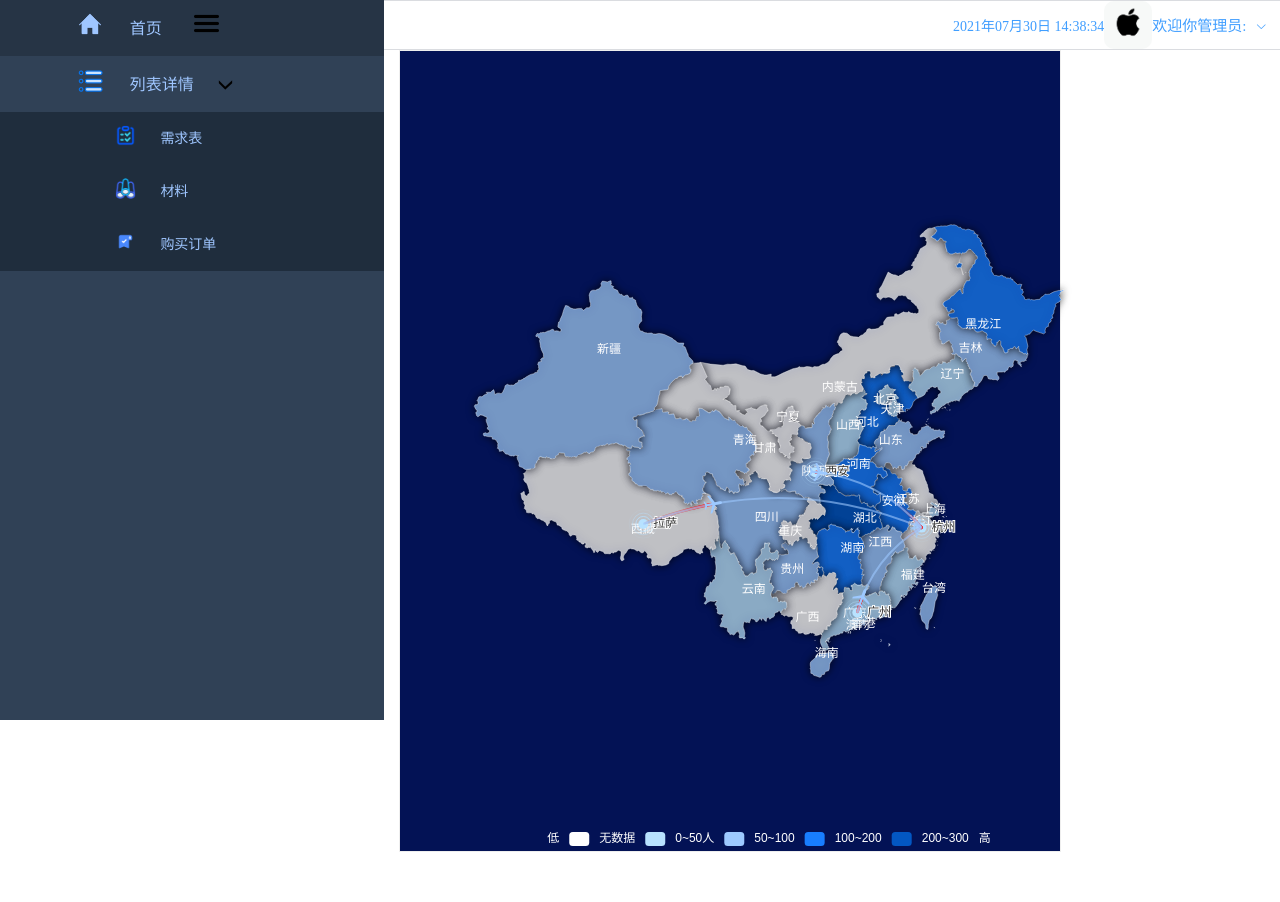
Repository: 572031690/fwwb-proj
Page: /#/home
These files come from the project's save history. The page is drawn as it stood at one moment and after the next save; the edit follows.
The browser window is 1280 px wide. The pictures show the whole page.
The project was rebuilt for these pictures with package versions that can differ from the ones it lists, and the page was loaded fresh each time. Also part of the build but not shown: vue.config.js, src/unusercom/EditData.vue, src/components/Adddata.vue, src/view/home/User.vue, src/components/Drawer.vue, src/view/home/Body.vue, src/view/home/Item.vue, src/view/home/Buy.vue and 3 more.

Above is the page before, as saved 2021-08-13 14:04:39.

### public/index.html
<!DOCTYPE html>
<html lang="">
  <head>
    <meta charset="utf-8">
    <meta http-equiv="X-UA-Compatible" content="IE=edge">
    <meta name="viewport" content="width=device-width,initial-scale=1.0">
    <link rel="icon" href="<%= BASE_URL %>favicon.ico">
    <title><%= htmlWebpackPlugin.options.title %></title>
    <!-- 配置jquery -->
    <!-- <script src="http://ajax.googleapis.com/ajax/libs/jquery/1.8.0/jquery.min.js"></script> -->
     <!-- 百度的适口 -->
     <meta name="viewport" content="width=device-width,minimum-scale=1.0,maximum-scale=1.0,user-scalable=no">
     <!-- 搜索框 -->
     <meta http-equiv="X-UA-Compatible" content="IE=edge">
    <meta name="viewport" content="width=device-width, initial-scale=1.0">
    <link href="http://cdn.bootcss.com/font-awesome/4.7.0/css/font-awesome.min.css" rel="stylesheet">
  </head>
  <body>
    <noscript>
      <strong>We're sorry but <%= htmlWebpackPlugin.options.title %> doesn't work properly without JavaScript enabled. Please enable it to continue.</strong>
    </noscript>
    <div id="app"></div>
    <!-- built files will be auto injected -->
  </body>
</html>

### src/App.vue
<template>
  <div id="app" >
	  		<!-- <v-login></v-login> -->
			<router-view ></router-view>
	</div>
</template>

<script>

export default {
  data () {
    	return {

    	}
  	},
  	methods: {

  	},
  components: {
  },
  mounted () {
    this.$router.push({ path: 'login' }) // 页面跳转
  }
}

</script>

<style>

</style>

### src/assets/CSS/basic.css
a {
        text-decoration: none;
}

* {
        padding: 0;
        margin: 0;
}

html, body {
        height: 100%;
}

### src/view/Home.vue
<template>
  <div id="Home" ref="gobacklogin">
    <div :class="{ leftNavigation: navshow, leftNavigationChange: !navshow }">
      <div v-for="item in routerList" v-show="item.showtab">
        <div @click="judgeType(item)" class="navhome">
          <img :src="item.imgSrc" class="navhome-img" />
          <span class="spans1" :ref="item.ref">{{ item.label }}</span>
          <img
            v-if="item.type === 'tips'"
            :src="item.imgtips"
            class="arrow"
            ref="arrow"
          />
        </div>
        <!-- 子列表 -->
        <div
          class="navhome-box"
          ref="navhomebox"
          v-if="item.childrenList.length"
          v-show="item.showtab"
        >
          <transition name="navhom">
            <div class="navhome-son" v-show="navSonShow">
              <div
                @click="goToRouter(item)"
                v-for="(item, index) in item.childrenList"
              >
                <div class="namehome-son1">
                  <img :src="item.imgSrc" class="navson-img" />
                  <span :ref="item.ref">{{ item.label }}</span>
                </div>
              </div>
            </div>
          </transition>
        </div>
      </div>
    </div>

    <div
      :class="{ rightNavigation: navshow, rightNavigations: !navshow }"
      ref="right1"
    >
      <div class="rightnav-top">
        <div class="rightnav-topimg">
          <img
            src="../assets/img/heng.png"
            class="rightnav-topimghome"
            ref="rightnavtopimghome"
            @click="changehomeimg()"
          />
        </div>

        <span>首页</span>

        <div class="topright">
          <span class="top-time">{{ nowTime }}</span>
          <!-- 苹果图标 -->
          <img src="../assets/img/timg.jpg" class="timg" />
          <!-- 退出下拉框 -->
          <el-dropdown @command="gobacklogin" class="elsign-out">
            <span class="el-dropdown-link">
              欢迎你管理员: <span class="adminname">{{ adminname }} </span
              ><i class="el-icon-arrow-down el-icon--right"></i>
            </span>
            <el-dropdown-menu slot="dropdown">
              <el-dropdown-item command="a">退出登陆</el-dropdown-item>
            </el-dropdown-menu>
          </el-dropdown>
        </div>
      </div>

      <router-view></router-view>
    </div>
  </div>
</template>

<script>
// 引入jquery
// import $ from 'jquery'
// 引入搜索框
import EditData from "../unusercom/EditData.vue";
import { routerList } from "../assets/data/homeRouter";
export default {
  data() {
    return {
      nowTime: "",
      thistime: "",
      key: 90,
      arrowflag: true,
      imghomeflag: true,
      adminname: "",
      departmentID: "",
      navshow: true,
      navSonShow: true,
      lastTime: 0, // 默认上一次点击时间为0
      admin: true,
      routerChioce: 1,
      routerList
    };
  },
  methods: {
    // 旋转子列箭头
    changearrow() {
      this.navSonShow = !this.navSonShow;
      if (this.arrowflag) {
        this.$refs.arrow[0].style.transform = "rotate(270deg)";
        this.arrowflag = !this.arrowflag;
      } else {
        this.$refs.arrow[0].style.transform = "rotate(90deg)";
        this.arrowflag = !this.arrowflag;
      }
    },
    // 右边栏三条杠点击事件
    changehomeimg() {
      // 动画class绑定
      this.navshow = !this.navshow;
      let status = "none";
      let rotate = "rotate(90deg)";
      let times = 0;
      // 首页旁边三条杠图标旋转和文字消失
      if (this.imghomeflag) {
        status = "none";
        rotate = "rotate(90deg)";
        times = 0;
      } else {
        status = "block";
        rotate = "rotate(0deg)";
        times = 700;
      }
      this.$refs.rightnavtopimghome.style.transform = rotate;
      this.imghomeflag = !this.imghomeflag;
      const me = this;
      setTimeout(function() {
        me.routerList.forEach(item => {
          me.$refs[item.ref][0].style.display = status;
          if (item.childrenList.length) {
            item.childrenList.forEach(val => {
              me.$refs[val.ref][0].style.display = status;
            });
          }
        });
        me.$refs.arrow[0].style.display = status;
      }, times);
    },
    // 开始动画文字出现延迟
    changehomeimgCreate() {
      this.changehomeimg();
      this.changehomeimg();
    },

    // 退出登陆方法
    gobacklogin(command) {
      this.$confirm("是否退出登陆", "提示", {
        confirmButtonText: "确定",
        cancelButtonText: "取消",
        type: "warning"
      }).then(() => {
        sessionStorage.clear(); // 删除所有数据
        this.$router.push({ name: "login" }); // 直接跳转
        this.$message({
          type: "success",
          message: "退出登陆成功!"
        });
      });
    },
    // 显示当前时间（年月日时分秒）
    timeFormate(timeStamp) {
      const year = new Date(timeStamp).getFullYear();
      const month =
        new Date(timeStamp).getMonth() + 1 < 10
          ? "0" + (new Date(timeStamp).getMonth() + 1)
          : new Date(timeStamp).getMonth() + 1;
      const date =
        new Date(timeStamp).getDate() < 10
          ? "0" + new Date(timeStamp).getDate()
          : new Date(timeStamp).getDate();
      const hh =
        new Date(timeStamp).getHours() < 10
          ? "0" + new Date(timeStamp).getHours()
          : new Date(timeStamp).getHours();
      const mm =
        new Date(timeStamp).getMinutes() < 10
          ? "0" + new Date(timeStamp).getMinutes()
          : new Date(timeStamp).getMinutes();
      const ss =
        new Date(timeStamp).getSeconds() < 10
          ? "0" + new Date(timeStamp).getSeconds()
          : new Date(timeStamp).getSeconds();
      this.nowTime =
        year +
        "年" +
        month +
        "月" +
        date +
        "日" +
        " " +
        hh +
        ":" +
        mm +
        ":" +
        ss;
      // console.log(this.nowTime)
    },
    nowTimes() {
      const that = this;
      this.thistime = setInterval(function() {
        that.timeFormate(new Date());
      }, 1000);
    },
    clearTime() {
      clearInterval(this.thistime);
    },
    getAdminType() {
      if (this.departmentID === "10000") {
        this.routerList[2].showtab = true;
        this.routerList[3].showtab = true;
      } else {
        this.routerList[2].showtab = false;
        this.routerList[3].showtab = false;
      }
    },
    judgeType(val) {
      if (val.type === "tips") this.changearrow();
      if (val.type === "router") this.goToRouter(val);
    },
    goToRouter(val) {
      if (!val.disabled) {
        this.$router.push({ path: val.path });
      } // 页面跳转
    }
  },
  components: {
    // 'v-body':Body
    "v-editdata": EditData
  },
  mounted() {
    this.nowTimes();
    this.changehomeimgCreate();
    // 实现左边子栏的缓慢消失
    // $(document).ready(function(){
    // $("#listlep").click(function(){
    //     $(".navhome-son").slideToggle(500);
    //   });
    // });

    // //实现左边nav栏的缩小
    // $(document).ready(function(){
    // $('.rightnav-topimghome').click(function(){
    //     if($('.right-navigation').css("margin-left")=="180px"){
    //         $('.right-navigation').animate({
    //         'margin-left':'50px'
    //     },700);
    // }else{
    // $('.right-navigation').animate({
    //     'margin-left':'180px'
    //     },700);
    // }
    // });
    // });

    // $(document).ready(function(){
    // $('.rightnav-topimghome').click(function(){
    //     if($('.left-navigation').css("width")!="50px"){
    //         $('.left-navigation').animate({
    //         width:'50px'
    //     },700);
    // }else{
    // $('.left-navigation').animate({
    //     width:'180px'
    //     },700);
    // }
    // });
    // });

    this.adminname = window.sessionStorage.getItem("storeData"); // 获取浏览器缓存值
    this.departmentID = window.sessionStorage.getItem("sData");
    this.getAdminType();
  },
  beforeDestroy() {
    this.clearTime();
  }
};
</script>
<style scoped>
#Home {
  height: 100%;
  width: 100%;
  background-color: white;
  display: flex;
  flex-direction: row;
}

.leftNavigation {
  position: fixed;
  display: inline-block;
  width: 30%;
  background-color: #304156;
  height: 100vh; /*占满一个屏幕的高度 */
  animation: navlong 0.7s;
}
.leftNavigationChange {
  position: fixed;
  width: 50px;
  background-color: #304156;
  height: 100vh; /*占满一个屏幕的高度 */
  animation: navshort 0.7s;
}

@keyframes navlong {
  0% {
    width: 50px;
  }
  100% {
    width: 30%;
  }
}

@keyframes navshort {
  0% {
    width: 180px;
  }
  100% {
    width: 50px;
  }
}
.leftNavigation a {
  text-decoration: none;
}

.navhome {
  display: flex;
  flex-direction: row; /*水平排布*/
  height: 34px;
  width: 100%;
  background-color: #304156;
  padding: 11px 0;
  transition: all 0.5s;
}
.navhome:hover {
  background-color: #263445;
  cursor: pointer;
}
.navhome-img {
  /* -webkit-transform:rotate(90deg); */
  height: 26px;
  margin: 0 7%;
  margin-left: 20%;
  vertical-align: middle;
  color: #409eff;
}
.navhome span {
  vertical-align: middle;
  font-size: 16px;
  color: #9fc6ff;
  margin-top: 4px;
}
.arrow {
  margin-top: 5px;
  margin-left: 5%;
  height: 25px;
  vertical-align: middle;
  transition: all 0.5s;
  transform: rotate(90deg);
}

.navhom-enter-active,
.navhom-leave-active {
  transition: all 0.5s;
}
.navhom-enter,
.navhom-leave-to {
  height: 0;
}
.navhom-enter-to,
.navhom-leave {
  height: 159px;
}
.navhome-son {
  cursor: pointer;
  background-color: #1f2d3d;
  overflow: hidden;
}
.namehome-son1 {
  display: flex;
  flex-direction: row; /*水平排布*/
  transition: all 1.5s;
  width: 100%;
  height: 47px;
  padding: 3px 0;
}
.namehome-son1:hover {
  background-color: #001121;
}
.navson-img {
  height: 21px;
  margin: 10px 5px;
  margin-left: 30%;
  vertical-align: middle;
  color: #409eff;
}
.navhome-son span {
  vertical-align: middle;
  font-size: 14px;
  margin-top: 12px;
  color: #9fc6ff;
  margin-left: 5%;
}
.rightNavigation {
  display: inline-block;
  width: 100%;
  margin-left: 180px;
  animation: rightNavlong 0.7s;
}
.rightNavigations {
  display: inline-block;
  width: 100%; /**/
  margin-left: 50px;
  animation: rightNavshort 0.7s;
}
@keyframes rightNavlong {
  0% {
    margin-left: 50px;
  }
  100% {
    margin-left: 180px;
  }
}
@keyframes rightNavshort {
  0% {
    margin-left: 180px;
  }
  100% {
    margin-left: 50px;
  }
}
.rightnav-top {
  width: 100%;
  height: 48px;
  display: flex;
  flex-direction: row;
  border-bottom: 1px solid #dadce0;
  border-top: 1px solid #dadce0;
}
.rightnav-topimg {
  padding: 0 14px;
  height: 50px;
}
.rightnav-topimghome {
  cursor: pointer;
  margin-top: 10px;
  height: 25px;
  transition: all 0.4s;
}
.rightnav-top span {
  padding-top: 12px;
  /* margin-left: 10px; */
}
.top-time {
  color: #409eff;
  font-size: 14px;
  margin-top: 2px;
}
.topright {
  float: right;
  right: 1%;
  position: absolute;
  display: flex;
}
.timg {
  height: 48px;
  cursor: pointer;
  border-radius: 10px;
}
.weltop {
  font-size: 14px;
}
#eldown {
  margin-top: 1px;
  font-size: 20px;
}
.elsign-out {
  padding-top: 13px;
}
.el-dropdown-link {
  cursor: pointer;
  color: #409eff;
  font-size: 15px;
}
.el-icon-arrow-down {
  font-size: 12px;
}
.adminname {
  color: black;
  font-size: 15px;
}
</style>

### src/view/home/HomeWel.vue
<template>
  <div class="welbody">
    <!-- <div class="welcomehome" ref="welcomehome">
                欢迎管理员回来！
        </div> -->
    <div ref="map_ref" class="bodymap"></div>
  </div>
</template>
<script>
export default {
  data() {
    return {
      mapData: {}, // 所获取的省份地图矢量数据缓存
      chartInstance: null
    };
  },
  mounted() {
    this.getMap();
  },
  methods: {
    async getMap() {
      var airData = [
        { name: "北京", value: 39.92, count: 35 },
        { name: "天津", value: 39.13, count: 35 },
        { name: "上海", value: 31.22, count: 35 },
        { name: "重庆", value: 0, count: 35 },
        { name: "河北", value: 147, count: 35 },
        { name: "河南", value: 113, count: 35 },
        { name: "云南", value: 25.04, count: 35 },
        { name: "辽宁", value: 50, count: 35 },
        { name: "黑龙江", value: 114, count: 35 },
        { name: "湖南", value: 175, count: 35 },
        { name: "安徽", value: 117, count: 35 },
        { name: "山东", value: 92, count: 35 },
        { name: "新疆", value: 84, count: 35 },
        { name: "江苏", value: 0, count: 35 },
        { name: "浙江", value: 0, count: 35 },
        { name: "江西", value: 96, count: 35 },
        { name: "湖北", value: 273, count: 35 },
        { name: "广西", value: 0, count: 35 },
        { name: "甘肃", value: 0, count: 35 },
        { name: "山西", value: 39, count: 35 },
        { name: "内蒙古", value: 0, count: 35 },
        { name: "陕西", value: 61, count: 35 },
        { name: "吉林", value: 51, count: 35 },
        { name: "福建", value: 29, count: 35 },
        { name: "贵州", value: 71, count: 35 },
        { name: "广东", value: 38, count: 35 },
        { name: "青海", value: 57, count: 35 },
        { name: "西藏", value: 0, count: 35 },
        { name: "四川", value: 58, count: 35 },
        { name: "宁夏", value: 0, count: 35 },
        { name: "海南", value: 54, count: 35 },
        { name: "台湾", value: 88, count: 35 },
        { name: "香港", value: 66, count: 35 },
        { name: "澳门", value: 77, count: 35 },
        { name: "南海诸岛", value: 0, count: 35 }
      ];
      var labelFormatter = [
        { name: "杭州", matter: "公司总部：杭州钢材科技公司" },
        { name: "拉萨", matter: "钢材公司1" },
        { name: "广州", matter: "钢材公司2" },
        { name: "西安", matter: "钢材公司3" }
      ];

      var lineSc = [
        {
          coords: [
            [91.1865, 30.1465],
            [120.213042, 29.86119]
          ],
          fromName: "拉萨",
          toName: "杭州",
          value: 100
        },
        {
          coords: [
            [113.5107, 23.2196],
            [120.213042, 29.86119]
          ],
          fromName: "广州",
          toName: "杭州",
          value: 100
        },
        {
          coords: [
            [109.1162, 34.2004],
            [120.213042, 29.86119]
          ],
          fromName: "西安",
          toName: "杭州",
          value: 100
        }
      ];
      var planePath =
        "path://M1705.06,1318.313v-89.254l-319.9-221.799l0.073-208.063c0.521-84.662-26.629-121.796-63.961-121.491c-37.332-0.305-64.482,36.829-63.961,121.491l0.073,208.063l-319.9,221.799v89.254l330.343-157.288l12.238,241.308l-134.449,92.931l0.531,42.034l175.125-42.917l175.125,42.917l0.531-42.034l-134.449-92.931l12.238-241.308L1705.06,1318.313z";
      // 基于准备好的dom，初始化echarts实例
      this.chartInstance = this.$echarts.init(this.$refs.map_ref, this.theme);
      const ret = await this.$ajax.get(
        "http://localhost:8080/static/map/china.json"
      ); // 获得地图数据
      this.$echarts.registerMap("chinaMap", ret.data); // 注册map数据
      // 绘制图表
      const setOption = {
        tooltip: {
          // 鼠标一上去的信息框
          trigger: "item"
        },
        geo: {
          type: "map",
          map: "chinaMap", // chinaMap需要和registerMap中的第一个参数保持一致
          roam: true, // 设置允许缩放以及拖动的效果
          label: {
            show: true, // 展示标签
            textStyle: {
              fontSize: 12,
              textWeight: 900,
              color: "white"
            }
          },
          itemStyle: {
            normal: {
              areaColor: "#416cbb", // 地图区域的颜色。
              borderColor: "#fff", // 图形的描边颜色。支持的颜色格式同 color，不支持回调函数。
              shadowColor: "black", // 阴影颜色。#41587f
              shadowBlur: 8, // 图形阴影的模糊大小。
              opacity: 0.75 // 图形透明度
            },
            emphasis: {
              areaColor: "#fdd145"
            }
          }
        },
        series: [
          {
            // 地图数据
            data: airData,
            geoIndex: 0, // 将空气质量的数据和第0个geo配置关联在一起
            type: "map",
            tooltip: {
              textStyle: {
                fontSize: 10
              },
              // 利用formatter来自定义tooltip展示的数据
              formatter: function(params, ticket, callback) {
                if (params.value) {
                  return (
                    params.name +
                    "<br/>成交量：" +
                    params.value +
                    "单<br/>" +
                    "平均标签价格：" +
                    airData[params.dataIndex].count +
                    "元<br/>"
                  );
                } else {
                  callback();
                }
              }
            }
          },
          {
            // 动态红线
            name: " 杭州 Top3",
            type: "lines",
            zlevel: 1, // zlevel 大的 Canvas 会放在 zlevel 小的 Canvas 的上面。
            effect: {
              show: true,
              period: 4, // 动画的快慢
              trailLength: 0.7, // 红线的宽度
              color: "red", // arrow箭头的颜色
              symbolSize: 3 // 红线的宽度
            },
            lineStyle: {
              width: 0,
              curveness: 0.2 // 弯曲度
            },
            data: lineSc
          },
          {
            // 箭头线
            name: " 杭州 Top3",
            type: "lines",
            zlevel: 2,
            symbol: ["none", "arrow"],
            symbolSize: 10, // 设置箭头的大小
            effect: {
              show: true,
              period: 4,
              trailLength: 0, // 红线的宽度 设置为零只显示飞机
              symbol: planePath,
              symbolSize: 18
            },
            lineStyle: {
              normal: {
                width: 2,
                opacity: 0.6,
                curveness: 0.2
              }
            },
            data: lineSc,
            tooltip: {
              // 利用formatter来自定义tooltip展示的数据
              formatter: function(params, ticket, callback) {
                console.log(params);
                return (
                  params.data.fromName +
                  "采购：<br/> 木材：" +
                  params.data.value +
                  "万吨"
                );
              }
            }
          },
          {
            // 散点数据
            name: "杭州",
            data: [
              [120.213042, 29.86119],
              [91.1865, 30.1465],
              [113.5107, 23.2196],
              [109.1162, 34.2004]
            ], // 配置散点的坐标数据
            type: "effectScatter",
            coordinateSystem: "geo", // 指明散点使用的坐标系统  geo的坐标系统
            rippleEffect: {
              scale: 3, // 设置涟漪动画的缩放比例
              brushType: "stroke"
            },
            label: {
              normal: {
                show: true,
                position: "right",
                formatter: function(params, ticket, callback) {
                  return labelFormatter[params.dataIndex].name;
                }
              }
            },
            tooltip: {
              textStyle: {
                fontSize: 10
              },
              // 利用formatter来自定义tooltip展示的数据
              formatter: function(params, ticket, callback) {
                return labelFormatter[params.dataIndex].matter;
              }
            }
          }
        ],
        visualMap: {
          // 渐变分层显示
          type: "piecewise", // 分层
          min: 0,
          max: 300,
          text: ["高", "低"], // 两端的文本，如 ['High', 'Low']
          showLabel: true, // 是否显示每项的文本标签
          orient: "horizontal", // 图例排列方向 水平horizontal 垂直vertical
          left: "center",
          textStyle: {
            // 设置文字颜色（Demo左下组件）
            color: "white",
            fontSize: 12
          },

          pieces: [
            // 自定义『分段式视觉映射组件（visualMapPiecewise）』的每一段的范围，以及每一段的文字，以及每一段的特别的样式
            { gt: 200, lte: 300, label: "200~300", color: "#0357C2" }, // (500, 900]
            { gt: 100, lte: 200, label: "100~200", color: "#187EFF" }, // (310, 500]
            { gt: 50, lte: 100, label: "50~100", color: "#9DC9FF" }, // (200, 300]
            { gt: 0, lte: 50, label: "0~50人", color: "#B8E2FF" }, // (10, 200]
            { value: 0, label: "无数据", color: "#fff" } // [0]
          ]
        }
      };
      this.chartInstance.setOption(setOption);

      // 跟随屏幕自适应
      window.addEventListener("resize", function() {
        this.chartInstance.resize(); // 如果设置了图表大小就会无法自适应
      });
    }
  }
};
</script>
<style scoped>
.welbody {
  height: 100%;
  width: 100%;
  display: flex;
  justify-content: center;
}
.bodymap {
  width: 60%;
  height: 800px;
  background-color: #031255;
  border: 1px solid #eee;
}
.welcomehome {
  line-height: 500px;
  text-align: center;
  font-size: 80px;
  color: #409eff;
}
</style>

### src/components/login.vue
<template lang="">
    <div>

    </div>
</template>
<script>
export default {
  data () {
    return {

    }
  },
  mounted () {
    this.$router.push({ path: 'homewel' }) // 页面跳转
  }
}
</script>

Loaded but not shown: src/plugins/element.js (common file); public/static/map/china.json (common file); src/router/index.js (63 lines, source omitted); src/assets/data/homeRouter.js (72 lines, source omitted); src/main.js (21 lines, source omitted); src/store/index.js (26 lines, source omitted); src/view/Login.vue (731 lines, source omitted)

After the next save:
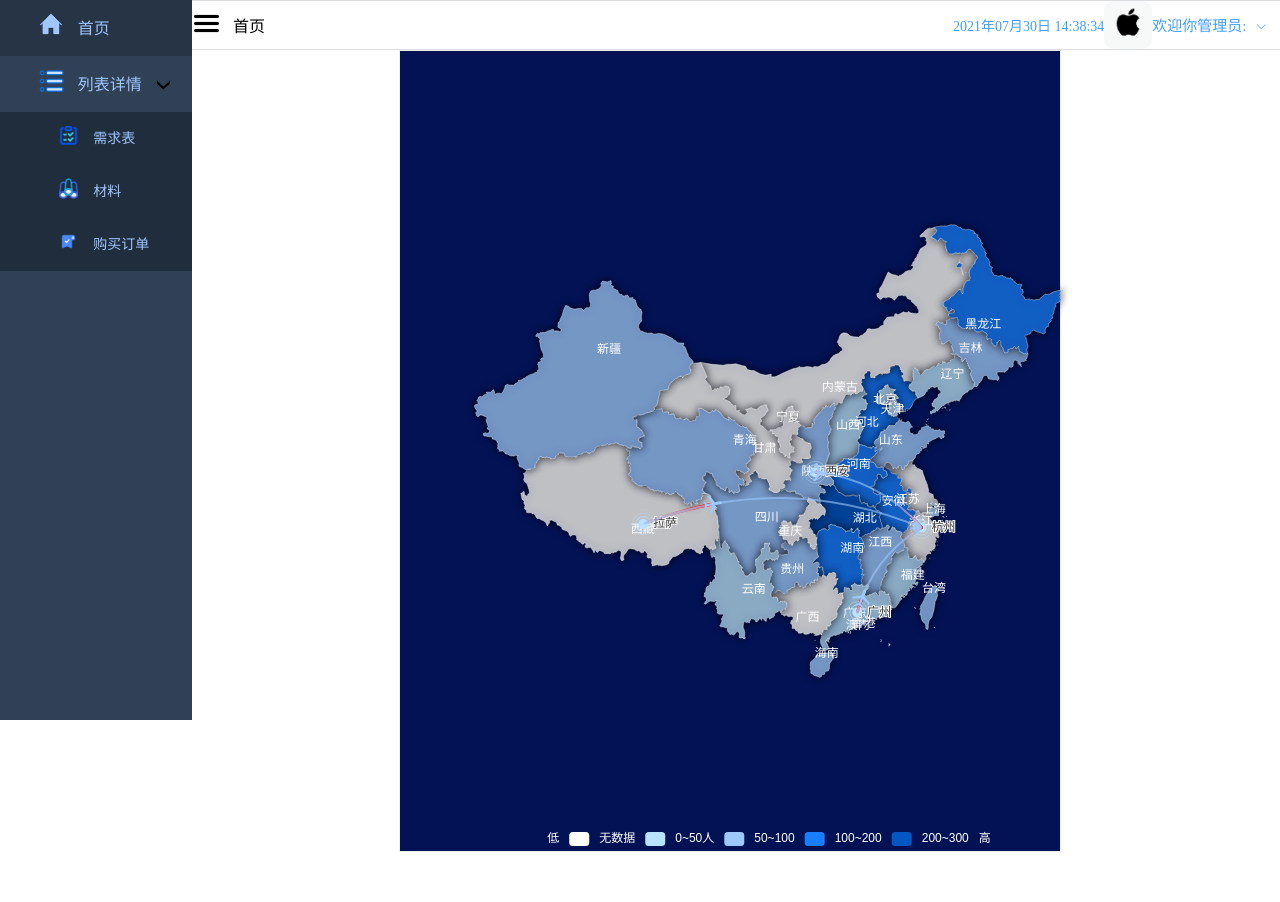
Saved 16 s later.
--- a/src/view/Home.vue
+++ b/src/view/Home.vue
@@ -293,7 +293,7 @@ export default {
 .leftNavigation {
   position: fixed;
   display: inline-block;
-  width: 30%;
+  width: 15%;
   background-color: #304156;
   height: 100vh; /*占满一个屏幕的高度 */
   animation: navlong 0.7s;
@@ -311,7 +311,7 @@ export default {
     width: 50px;
   }
   100% {
-    width: 30%;
+    width: 15%;
   }
 }
 
